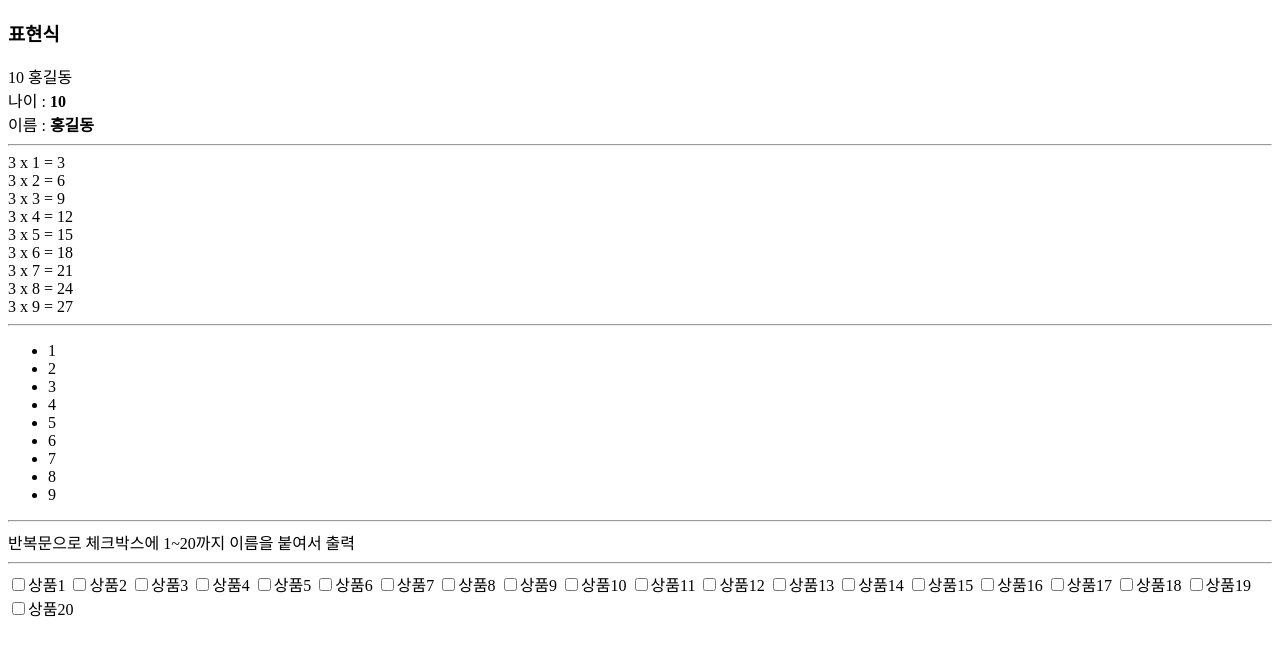
Repository: sun2898/JSP
Page: http://localhost/JSPBasic/jsptag/scriptlet02.jsp
These files come from the project's save history. The page is drawn as it stood at one moment and after the next save; the edit follows.
The browser window is 1280 px wide. The pictures show the whole page.
The page is served by Tomcat 9. Nobody is signed in. The application's start-up code is not run. Other server files are loaded and not shown.

Above is the page before, as saved 2023-06-01 06:53:11.

### JSPBasic/src/main/webapp/jsptag/scriptlet02.jsp
<%@ page language="java" contentType="text/html; charset=UTF-8"
    pageEncoding="UTF-8"%>
<!DOCTYPE html>
<html>
<head>
<meta charset="UTF-8">
<title>Insert title here</title>
</head>
<body>

	<h3>표현식</h3>

	<%
	int a = 10;
	String str = "홍길동";
	%>

	<%
		out.println(a);
		out.println(str);
	%>

	<br>

	나이 : <b><%= a %></b><br/>
	이름 : <b><%= str %></b>

	<hr/>

	<% for(int i = 1; i <= 9; i++) { %>
	3 x <%=i %> = <%=3 * i %> <br/>
	<%} %>

	<hr/>

	<ul>
	<% for(int i = 1; i <= 9; i++) {%>
		<li><%=i %></li>
	<%} %>
	</ul>

	<hr/>
	<hr3>반복문으로 체크박스에 1~20까지 이름을 붙여서 출력</hr3>
	<hr/>
	<%for(int  i = 1; i <= 20; i++) {%>
	<input type = "checkbox" name = "product">상품<%=i %>
	<%} %>














</body>
</html>

After the next save:
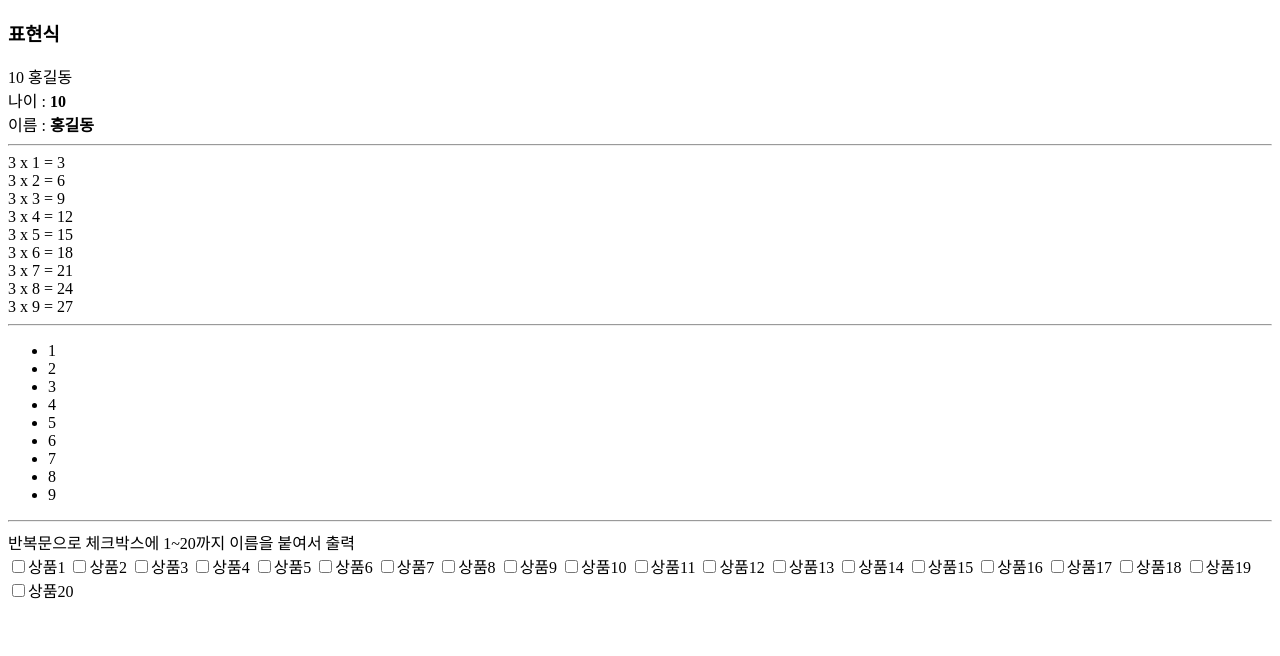
Saved 13 s later.
--- a/JSPBasic/src/main/webapp/jsptag/scriptlet02.jsp
+++ b/JSPBasic/src/main/webapp/jsptag/scriptlet02.jsp
@@ -41,7 +41,7 @@
 
 	<hr/>
 	<hr3>반복문으로 체크박스에 1~20까지 이름을 붙여서 출력</hr3>
-	<hr/>
+	<br/>
 	<%for(int  i = 1; i <= 20; i++) {%>
 	<input type = "checkbox" name = "product">상품<%=i %>
 	<%} %>
